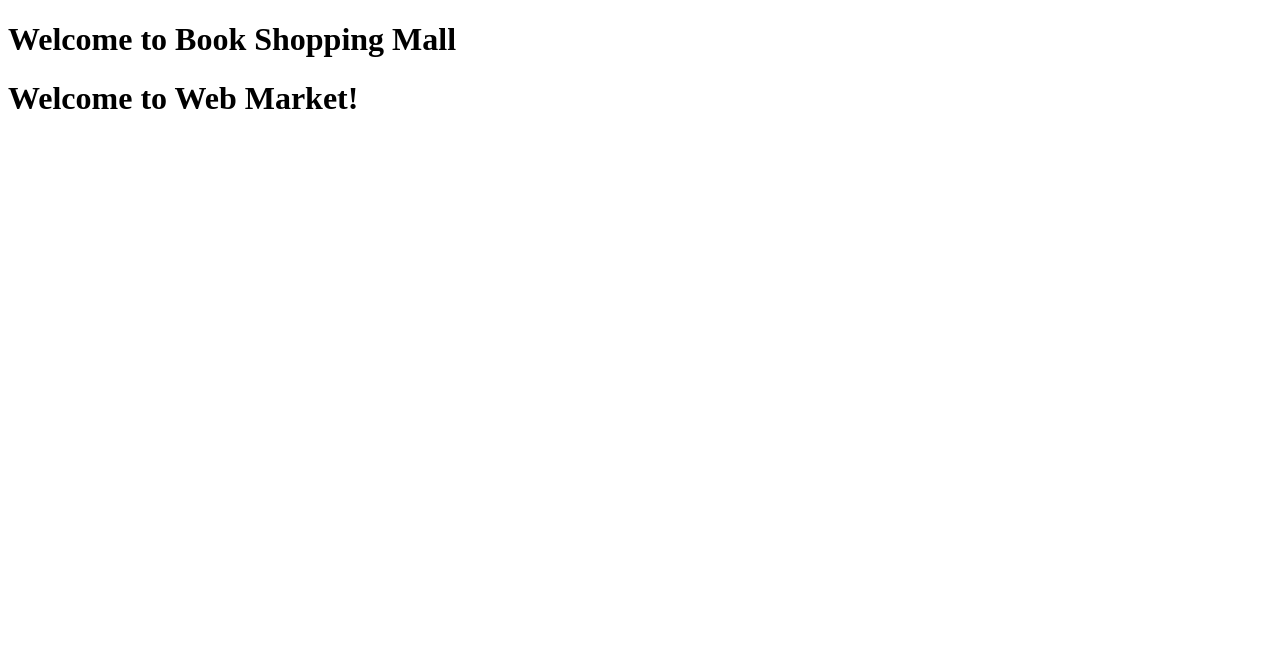
Repository: pjongbum/JSP
Page: http://localhost/jsbook/2_8
An editor plug-in stored every save of this project. The page is shown before and after the next save, followed by the edit.
The browser window is 1280 px wide. The pictures show the whole page.
The page is served by Tomcat 10. Other server files are loaded and not shown.

Above is the page before, as saved 2024-10-08 02:26:29.

### jsbook/src/main/webapp/chapter02/exam02_8.jsp
<%@ page language="java" contentType="text/html; charset=UTF-8"
    pageEncoding="UTF-8"%>
<!DOCTYPE html>
<html>
<head>
<meta charset="UTF-8">
<title>Insert title here</title>
</head>
<body>
	<%!
		String greeting = "Welcome to Book Shopping Mall";
		String tagline = "Welcome to Web Market!";
	%>
	<h1><%= greeting %></h1>
	<h1><%= tagline %></h1>
</body>
</html>

### jsbook/src/main/java/chapter02/exam02_8.java
package chapter02;

import java.io.IOException;

import jakarta.servlet.RequestDispatcher;
import jakarta.servlet.ServletException;
import jakarta.servlet.annotation.WebServlet;
import jakarta.servlet.http.HttpServlet;
import jakarta.servlet.http.HttpServletRequest;
import jakarta.servlet.http.HttpServletResponse;

@WebServlet("/2_8")
public class exam02_8 extends HttpServlet{

	@Override
	protected void doGet(HttpServletRequest req, HttpServletResponse resp) throws ServletException, IOException {
		RequestDispatcher ds = req.getRequestDispatcher("chapter02/exam02_8.jsp");
		ds.forward(req, resp);
	}

	@Override
	protected void doPost(HttpServletRequest req, HttpServletResponse resp) throws ServletException, IOException {

	}

}

After the next save:
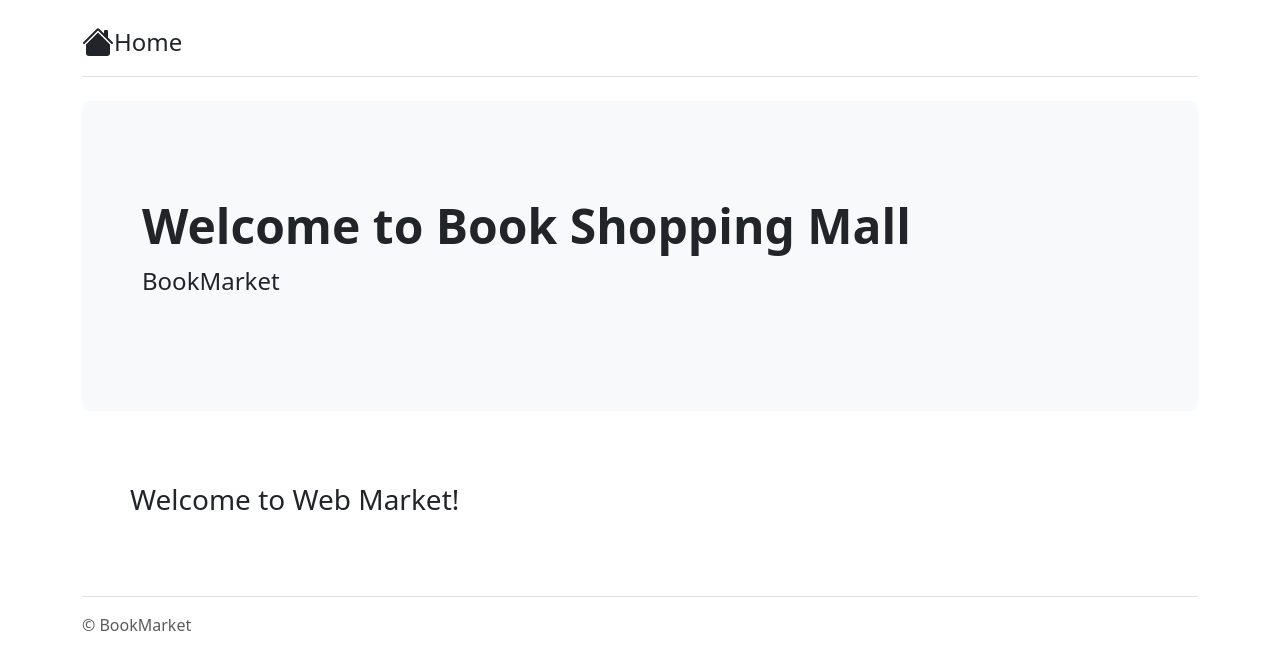
Saved 11 min 18 s later.
--- a/jsbook/src/main/webapp/chapter02/exam02_8.jsp
+++ b/jsbook/src/main/webapp/chapter02/exam02_8.jsp
@@ -3,15 +3,44 @@
 <!DOCTYPE html>
 <html>
 <head>
+ <link href="https://cdn.jsdelivr.net/npm/bootstrap@5.3.0-alpha1/dist/css/bootstrap.min.css" rel="stylesheet">
 <meta charset="UTF-8">
 <title>Insert title here</title>
 </head>
 <body>
+<div class ="container py-4">
+	<header class = "pb-3 mb-4 border-bottom">
+	<a href = "/welcome.jsp" class="d-flex align-items-center text-dark text-decoration-none">
+	<svg  width="32" height="32" fill="currentColor" class="bi bi-house-fill" viewBox="0 0 16 16">
+           <path d="M8.707 1.5a1 1 0 0 0-1.414 0L.646 8.146a.5.5 0 0 0 .708.708L8 2.207l6.646 6.647a.5.5 0 0 0 .708-.708L13 5.793V2.5a.5.5 0 0 0-.5-.5h-1a.5.5 0 0 0-.5.5v1.293L8.707 1.5Z"/>
+           <path d="m8 3.293 6 6V13.5a1.5 1.5 0 0 1-1.5 1.5h-9A1.5 1.5 0 0 1 2 13.5V9.293l6-6Z"/>
+      </svg>
+      	<span class = "fs-4">Home</span>
+	</a>
+	</header>
 	<%!
 		String greeting = "Welcome to Book Shopping Mall";
 		String tagline = "Welcome to Web Market!";
 	%>
-	<h1><%= greeting %></h1>
-	<h1><%= tagline %></h1>
+
+	<div class ="p-5 mb-4 bg-body-tertiary rounded-3">
+		<div class="container-fluid py-5">
+			<h1 class = "display-5 fw-bold"><%=greeting %></h1>
+			<p class = "col-md-8 fs-4">BookMarket</p>
+		</div>
+	</div>
+
+	<div class "row align-items-md-stretch text-center">
+		<div class = "col-md-12">
+			<div class = "h-100 p-5">
+				<h3><%= tagline %></h3>
+			</div>
+		</div>
+	</div>
+
+	<footer class = "pt-3 mt-4 text-body-secondary border-top">
+		&copy; BookMarket
+	</footer>
+</div>
 </body>
 </html>
